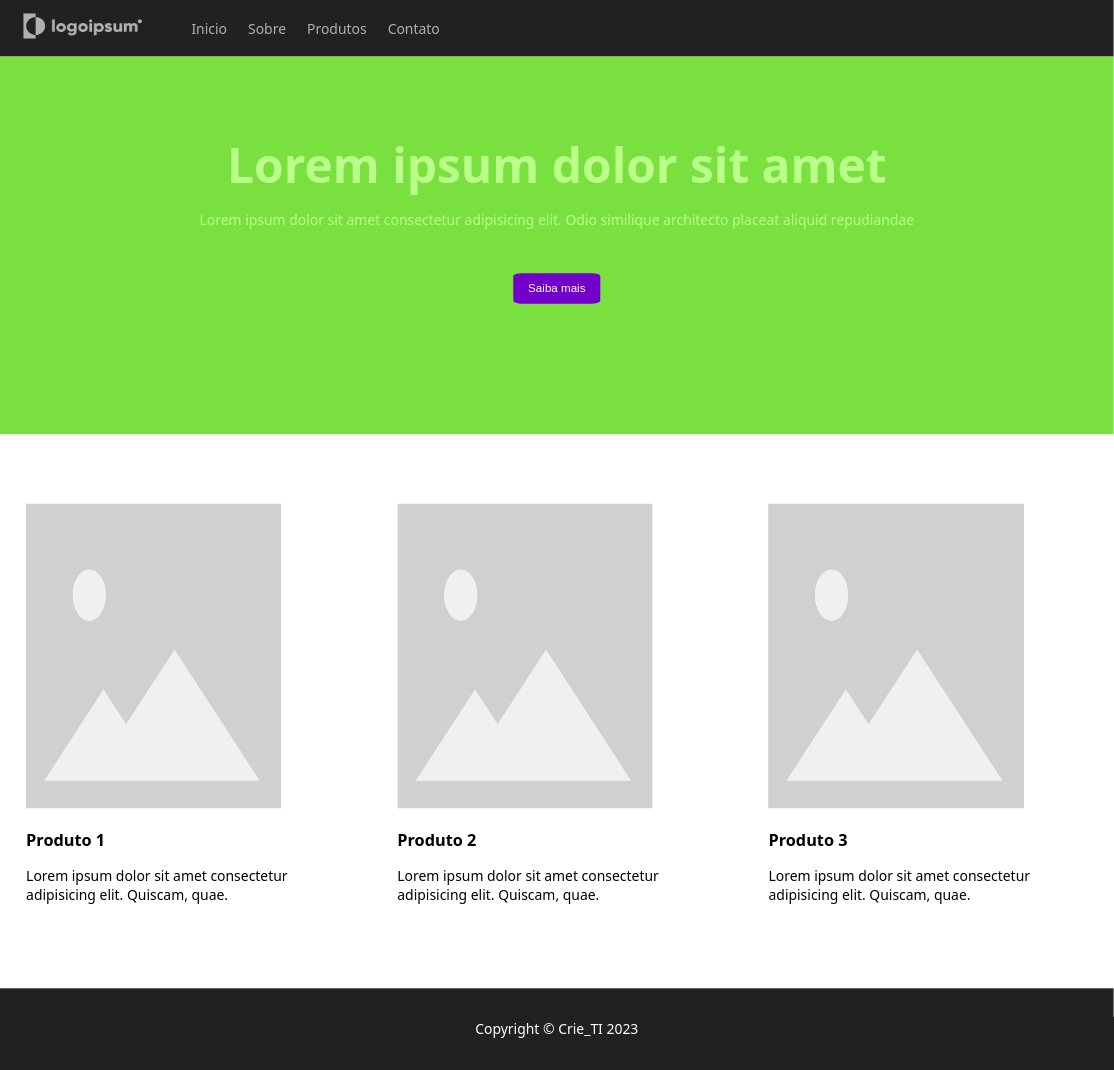
Repository: Carolden/SiteCrie_Ti
Page: index.html
These files come from the project's save history. The page is drawn as it stood at one moment and after the next save; the edit follows.
The browser window is 1280 px wide. The pictures show the whole page, at 87% of full size.

Above is the page before, as saved 2023-04-25 19:47:46.

### index.html
<!DOCTYPE html>
<html lang="pt-BR">
<head>
    <meta charset="UTF-8">
    <meta http-equiv="X-UA-Compatible" content="IE=edge">
    <meta name="viewport" content="width=device-width, initial-scale=1.0">
    <title>Document</title>
    <link rel="stylesheet" type="text/css" href="index.css" media="screen" />
</head>
<body>

    <header>
        <div>
            <img src="images/logo.png" alt="logo" class="logo">
        </div>
        <nav>
            <a href="inicio">Inicio</a>
            <a href="sobre">Sobre</a>
            <a href="produtos">Produtos</a>
            <a href="contato">Contato</a>
        </nav>
    </header>

    <main>

    <section class="banner">
        <h1>Lorem ipsum dolor sit amet</h1>
        <p>Lorem ipsum dolor sit amet consectetur adipisicing elit. Odio similique architecto placeat aliquid repudiandae</p>
        <button>Saiba mais</button>
    </section>

    <section class="produtos">
        <div class="row">
            <div class="column">
                <img src="images/placeholder.png" alt="imagem1">
                <h3>Produto 1</h3>
                <p>Lorem ipsum dolor sit amet consectetur adipisicing elit. Quiscam, quae. </p>
            </div>

            <div class="column">
                <img src="images/placeholder.png" alt="imagem2">
                <h3>Produto 2</h3>
                <p>Lorem ipsum dolor sit amet consectetur adipisicing elit. Quiscam, quae.</p>
            </div>

            <div class="column">
                <img src="images/placeholder.png" alt="imagem3">
                <h3>Produto 3</h3>
                <p>Lorem ipsum dolor sit amet consectetur adipisicing elit. Quiscam, quae.</p>
            </div>
        </div>
    </section>

    <footer>
        <div>
            <p> Copyright © Crie_TI 2023</p>
        </div>
    </footer>



    </main>





</body>
</html>

### index.css
body {
    border: 0;
    margin: 0;
    padding: 0;
    font-family: system-ui, -apple-system, BlinkMacSystemFont, 'Segoe UI', Roboto, Oxygen, Ubuntu, Cantarell, 'Open Sans', 'Helvetica Neue', sans-serif;
}


header {
    background-color: #212121;
    display: flex;
    align-items: center;
    width: 100%;
    top: 0;
    padding-left: 20px;
    padding-right: 20px;
    box-sizing: border-box;
}

header nav a {
    color: #B0B0B0;
    text-decoration: none;
    padding: 10px;

}

.logo {
    width: 150px;
    height: 60px;
    padding-right: 40px;
}

.banner {
    background-color: rgb(121, 224, 63);
    color: rgb(185, 255, 137);
    text-align: center;
    padding-top: 40px;
    padding-bottom: 150px;


}

button {
    background-color: rgb(114, 0, 202);
    color: #ffffff;
    text-align: center;
    padding: 10px;
    padding-left: 17px;
    padding-right: 17px;
    border-radius: 10%;
    border-style: hidden    ;
}

.banner h1 {
    font-size: 55px;
    margin-bottom: -30px;
}

.banner p {
    padding-bottom: 50px;
    padding-top: 30px;
    margin-bottom: 0px;
}

.produtos {
    padding-bottom: 50px;
}


.row {
    display: flex;
    padding-top: 50px;
}


.column {
    width: 33%;
    padding: 30px;
}


.column img {
    width: 80%;
    height: 350px;
    /* object-fit: cover; */
    text-align: center;
}


footer {
    background-color: #212121;
    color: white;
    padding: 20px;
    text-align: center;
}

After the next save:
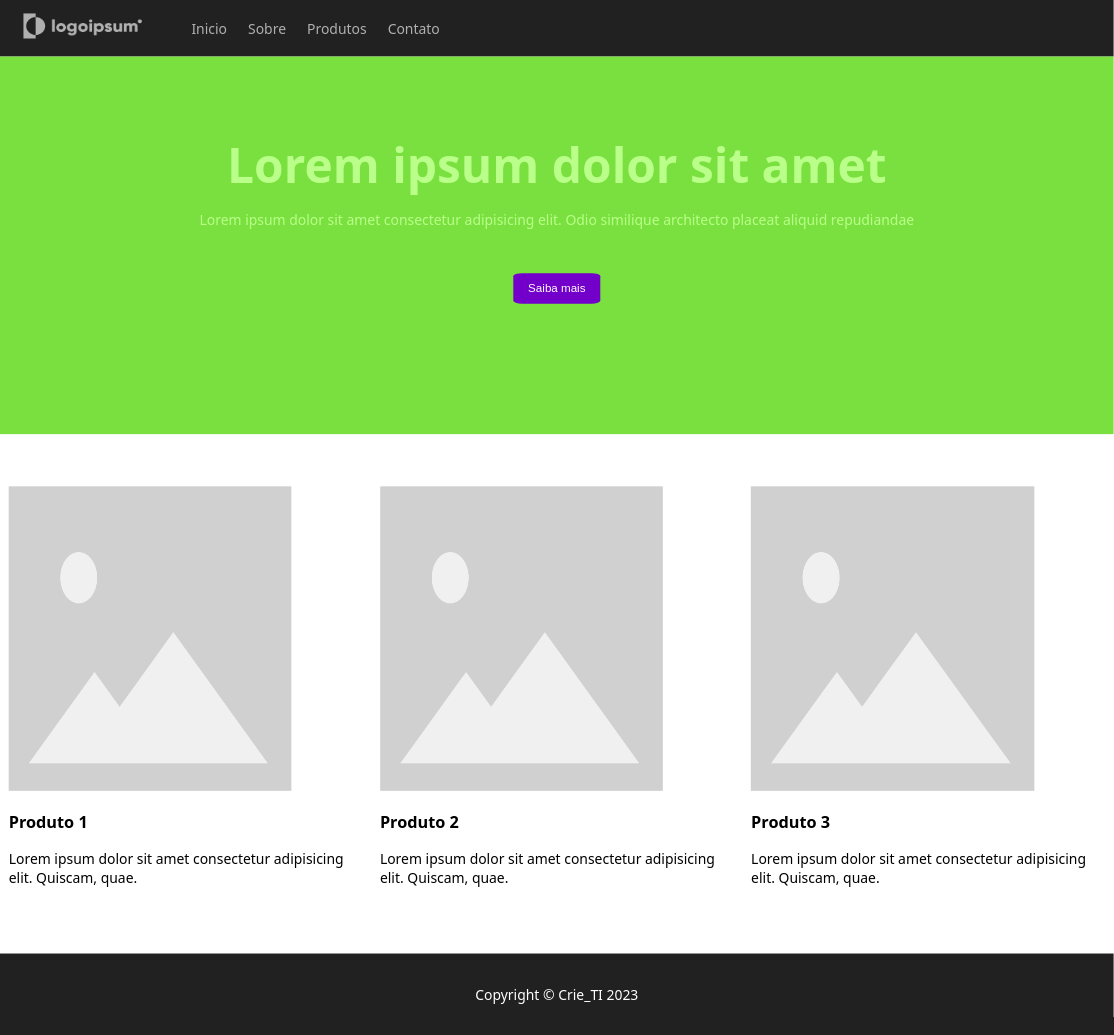
Saved 12 s later.
--- a/index.css
+++ b/index.css
@@ -75,7 +75,7 @@
 
 .column {
     width: 33%;
-    padding: 30px;
+    padding: 10px;
 }
 
 

After the save that followed:
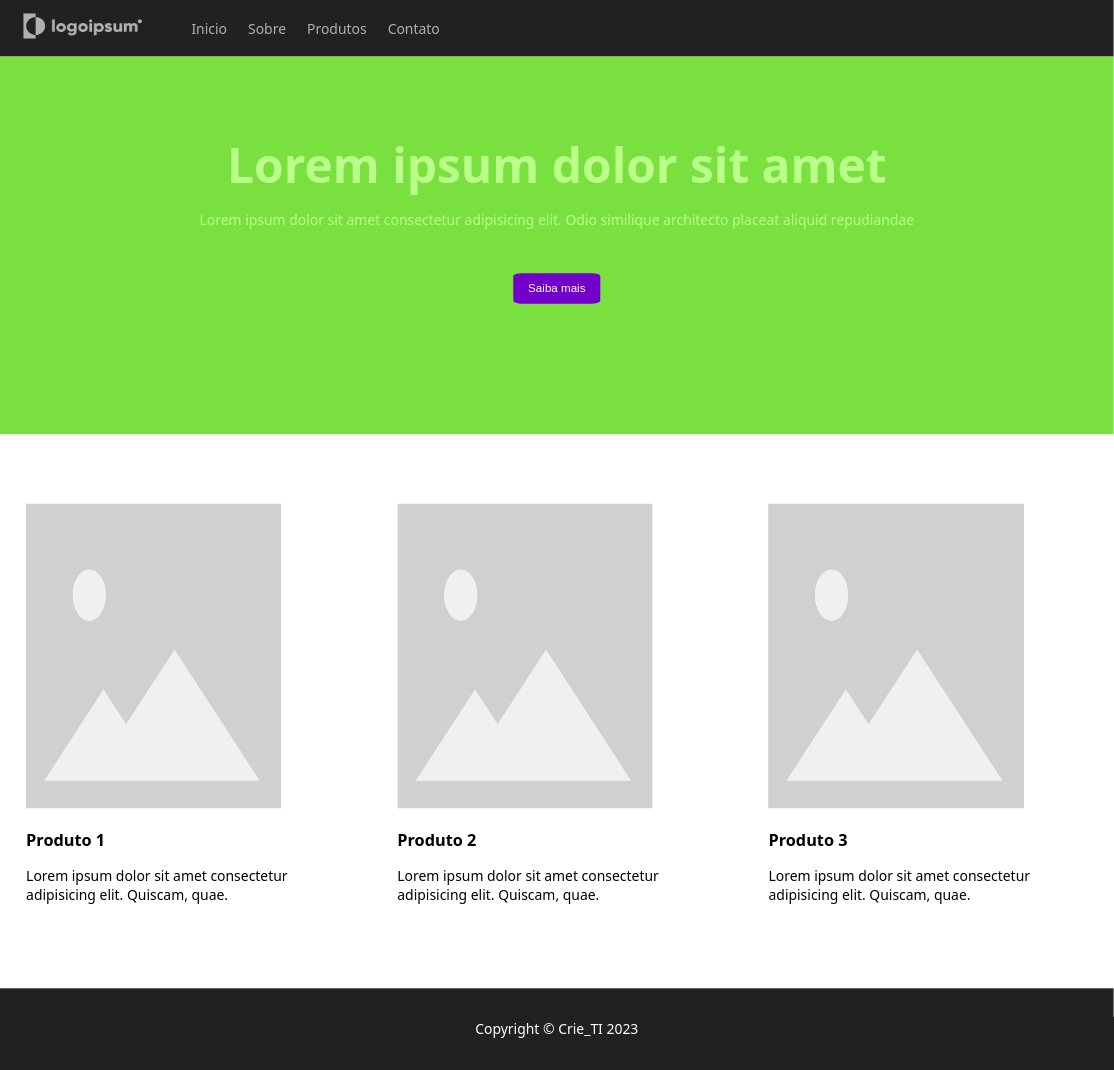
Saved 6 s later.
--- a/index.css
+++ b/index.css
@@ -75,7 +75,7 @@
 
 .column {
     width: 33%;
-    padding: 10px;
+    padding: 30px;
 }
 
 
